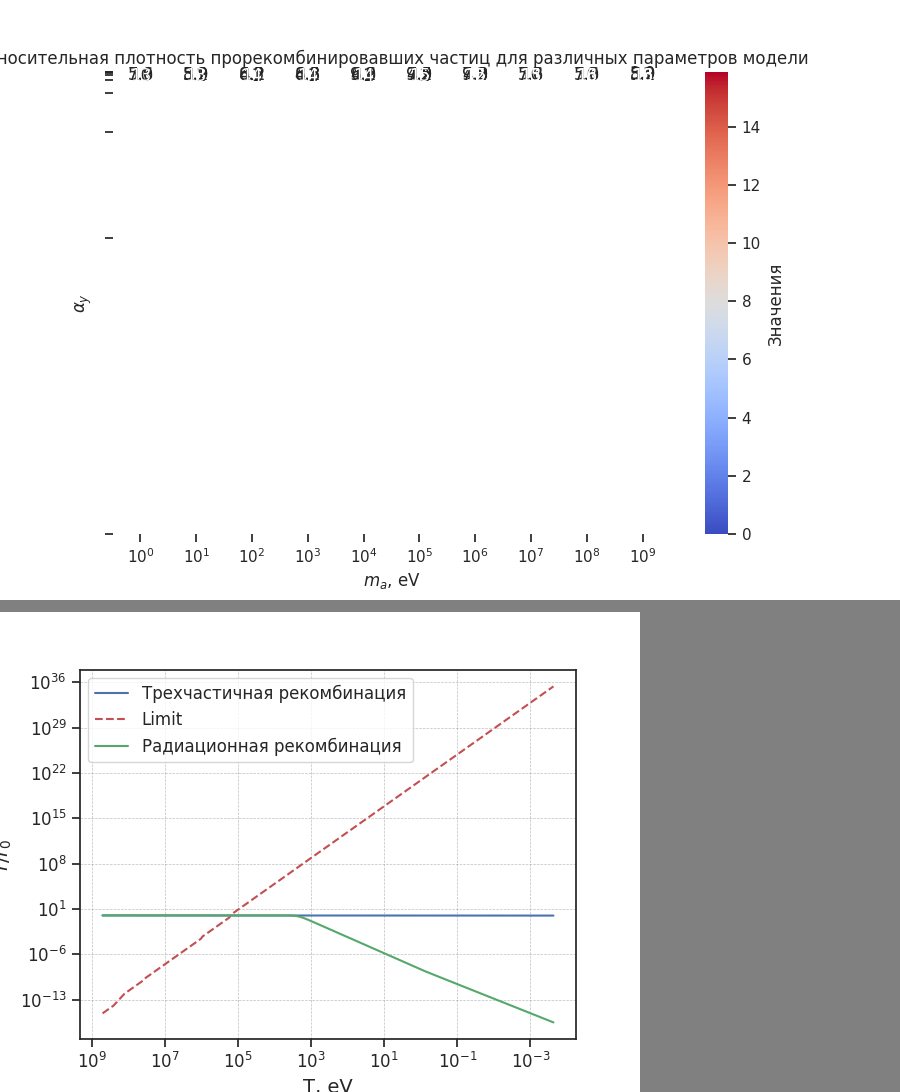
Repository: impermast/recombination
Script's output: python raschet/rec.py
These files come from the project's save history. The script's output is drawn as it stood at one moment and after the next save; the edit follows.
Each picture stacks the figures in order, with grey between them; figures that are only written to a file come last. Random numbers start from a fixed seed.

Above is the script's output before, as saved 2023-05-13 21:35:17.

### raschet/rec.py

from math import gamma as Gamma
import numpy as np
from numpy import sqrt as sqrt
import matplotlib.pyplot as plt
from matplotlib import colors,ticker
from scipy import integrate
import seaborn as sns
import pandas as pd


#LOGIC -- 1 download data, else generate new
logic = 1
err=10**(-2)
#consts
#E ~ eV
ma = 100*10**9 #ev
mb = 1*10**12 #ev
alpha = 1/10 #none

beta = 14/5
sigma = 8*np.pi*(alpha/ma)**2/3
r0 = 4.7*10**(-13) #r T_rec
T0 = 2.35*10**(-4) #our time
m_pl = 1.22*10**(19+9) #plank mass ev
h_md = 3.08*10**(-14)  #from artile
t_rm = 1.2             #time of rd md transition
t_mod = 4.4*10**(17+16)/(6.582) #
I = ma*alpha*alpha/2 #ev Ionisation potential
mu = ma*mb/(ma+mb)  #reduced weight
s0 = (4*np.pi)**(2/5) *np.pi* (alpha/mu)**2 #coef in kramers
kappa = 43/345
B = alpha*mu/2
Ta = 0.2*10**6*(ma/(100*10**9))**(3/2)*(1/(100*alpha))
Tny = Ta*kappa**(-1/3)/sqrt(np.pi)

def g_s(T):
    return 2+2*8*(T>200*10**6)+ 7/8*(2*2*(T>0.5/3*10**6))+ 2*2*(T>100/3*10**6) + 2*2*(T>2/3*10**9) + 2*1*3*(T>=10**6)+2*1*3*4/11*(T<10**6)+ 2*2*3*2*(T>200*10**6) + 2*2*3*(T>200*10**6) + 2*2*3*(T>1.8/3*10**9) + 2*2*3*(T>4.5/3*10**9)+ 7/8*2*2*3*(T>171/3*10**9)
def g_e(T):
    return 2+2*8*(T>200*10**6)+ 7/8*(2*2*(T>0.5/3*10**6))+ 2*2*(T>100/3*10**6) + 2*2*(T>2/3*10**9) + 2*1*3*(T>=10**6)+ 2*1*3*(4/11)**(4/3)*(T<10**6)+ 2*2*3*2*(T>200*10**6) + 2*2*3*(T>200*10**6) + 2*2*3*(T>1.8/3*10**9) + 2*2*3*(T>4.5/3*10**9)+ 7/8*2*2*3*(T>171/3*10**9)


def H(t):
    # Hubble const on RD and MD from temperature
    if t < t_rm:
        #MD
        return h_md/m_pl**(1/2)
    else:
        return 5.5*np.sqrt(g_e(t_rm)/11)/m_pl


def lim_3b(x):
    """
    Function that calculs limit on 3body recombination density

    x(list):    Temperature of O-fotons

    return list of density of unrecombined particles
    """
    r_pit = (Ta**2/(x**4)) / ((4*np.pi*alpha)**3 *r0*(2*np.pi**2*g_s(x)/45)*sqrt(ma/mb))
    return r_pit

def graph(T,r1,r2,rlim):
    # graphplotter used to plot r(T) graphs
    fig, ax = plt.subplots(1,1)
    ax.plot(T,r1,'b',label ="Трехчастичная рекомбинация")
    ax.plot(T,rlim, "--r",label ="Limit")
    ax.plot(T,r2,'g', label ="Радиационная рекомбинация")
    ax.set_xlabel('T, eV', fontsize=14)
    ax.set_ylabel(r'$r/r_0$', fontsize=14, fontweight='bold')
    ax.tick_params(labelsize=12)
    ax.grid(color='gray', linestyle='--', linewidth=0.5, alpha=0.5)
    ax.legend(fontsize=12)
    ax.invert_xaxis()
    plt.semilogx()
    plt.semilogy()
    plt.show()

def heatplot(df):
    # heatplot of maximal denity for different model parameters
    sns.set_theme(style="dark")
    sns.set_style("ticks")
    fig, ax = plt.subplots(figsize=(9, 6))
    sns.heatmap(df, annot=True, linewidths=.5, ax=ax, cmap='coolwarm', cbar_kws={'label': 'Значения'})
    ax.set(xlabel=r'$m_a$, eV', ylabel=r'$\alpha_y$', title='Относительная плотность прорекомбинировавших частиц для различных параметров модели')
    ax.xaxis.set_major_formatter(ticker.FuncFormatter(lambda x, pos: f'$10^{{{(x-0.5):.0f}}}$'))
    plt.xticks(rotation=0)
    plt.yticks(np.logspace(-1,3,10))
    # Add contour lines
    # x = np.arange(df.shape[1])
    # y = np.arange(df.shape[0])
    # X, Y = np.meshgrid(x, y)
    # levels = np.linspace(df.values.min(), df.values.max(), 10)
    # CS = ax.contour(X + 0.5, Y + 0.5, df.values, levels, colors='k')
    # ax.clabel(CS, inline=True, fontsize=10, fmt='%1.1f')
    # plt.show()

def kriteria(alp_range,m_range):
    """
    Creation of dataframe of maximal density of recombined particles from different alpha and ma (model parameters)

    dens(list):  2D massive of density data
    alp_range(list):    1D list of parameters alpha
    m_range(list):      1D list of electron mass parameter
    krit(list):         1D list of density, that used to find point where limit and 3body recombination density are equal

    create csv file of dataframe
    """
    dens = [0]*len(alp_range)
    dens1 = []
    k=0
    for alpha in alp_range:
        for ma in m_range:
            [T,rk,r3,rc,rlim] = calc(alpha,ma,mb)
            krit=[i for i, j in zip(r3, rlim) if abs(i-j)<err and i<0.1]
            try: dens1.append(float(-np.log(krit[-1])))
            except IndexError: dens1.append(0)
        dens[k]=dens1
        dens1=[]
        print("At ",k+1,"  itteration")
        k+=1
    df = pd.DataFrame(dens, index=alp_range,columns=m_range)
    df.to_csv('data.csv')

def calc(alpha,ma,mb):
    """
    Calculates the temperature-dependent rates for various processes.

    Args:
        I (float): Initial temperature of photons.
        T0 (float): Present-day temperature of photons.
        kappa (float): Ratio of photon number density to baryon number density.
        lim_3b (function): Function that calculates the three-body rate limit.
        t_rm (float): Time of radiation-matter equality.
        alpha (float): Fine-structure constant.
        ma (float): Mass of electron.
        mb (float): Mass of baryon.
        beta (float): Power law index.
        g_s (function): Function that calculates the entropy degrees of freedom.
        s0 (float): Present-day entropy density.
        m_pl (float): Planck mass.
        mu (float): Ratio of proton mass to electron mass.

    Returns:
        list: A list containing the temperature-dependent rates for various processes.
    """
    T = [] # Temperature of photons
    z = [] #redshift
    rk = [] # r for kramerz

    #after decouple of dphoton
    i = 0
    T = [(I)]
    z = [T[i]/T0 -1]
    rk = [1] #initial r=1 Kramers case
    r3b = [1] #3body case
    rcl = [1] #classical
    rlim =[lim_3b(T[i])] #pitevski lim

    #until O-photons decouple
    while T[i]>(I/10)*kappa**(-1/3):
        i = i+1
        T = T + [T[i-1]/2]
        rk = rk + [1]
        r3b = r3b+[1]
        rcl = rcl+[1]
        rlim = rlim + [lim_3b(T[i])]
        z.append(T[i]/T0 -1)

    # until RD MD transition
    j = i
    while T[i]>t_rm:
        i=i+1
        T = T + [T[i-1]*0.9]
        z.append(T[i]/T0 -1)
        rk = rk + [(1+4.71*10**8*r0*((np.log(np.sqrt(I*Ta/T[i])))**2-(np.log(np.sqrt(I*Ta/T[j])))**2))**(-1)]
        D = (2*np.pi**2*g_s(T[i])/45)**2 * (4*np.pi*alpha)**5 * (2*np.sqrt(ma)*Ta**(9/2)/mb) / H(T[i])
        r3b = r3b + [(1+ D*2/5*r0*r0*(T[i]**(-5)-I**(-5)))**(-1/2)]

        Dcl = Gamma(2-beta/2)*g_s(T[i])*s0*m_pl*(mu*Ta)**((beta-1)/2)/ ((beta-2)*2**((beta-3)/2)*np.sqrt(45*g_s(T[j])))
        rcl = rcl + [(1+Dcl*r0*(T[i]**(2-beta)-T[j]**(2-beta)))**(-1)]
        rlim = rlim + [lim_3b(T[i])]

    #until now
    j=i
    rk_rm=rk[j]
    r3b_rm = r3b[j]
    while T[i]>T0:
        i=i+1
        T = T + [T[i-1]*0.99]
        z.append(T[i]/T0 -1)
        rk = rk + [rk_rm*(1+1.7*10**9*rk_rm*r0*(T[j]**0.5*(np.log(np.sqrt(I*Ta/T[j]))+2)-T[i]**0.5*(np.log(np.sqrt(I*Ta/T[i]))+2)))**(-1)]
        D = (2*np.pi**2*g_s(T[i])/45)**2 * (4*np.pi*alpha)**5 * (2*np.sqrt(ma)*Ta**(9/2)/mb) / H(T[i])
        r3b = r3b +[r3b_rm*(1+D*r3b_rm*r3b_rm*r0*r0* 4/9 * (T[i]**(-9/2)-T[j]**(-9/2)))**(-1/2)]
        Dcl = Gamma(2-beta/2)*g_s(T[i])*s0*m_pl*(mu*Ta)**((beta-1)/2)/ ((beta-2.5)*2**((beta-3)/2)*np.sqrt(45*g_s(T[j])))/np.sqrt(t_rm)
        rcl = rcl + [rcl[j]*(1+Dcl*rcl[j]*r0*(T[i]**(2.5-beta)-T[j]**(2.5-beta)))**(-1)]
        rlim = rlim + [lim_3b(T[i])]

    return [T,rk,r3b,rcl,rlim]

def main():
    alp_range = np.logspace(-1,3,10)
    m_range = np.logspace(16,21,10)
    if logic == 1:
        try:
            df = pd.read_csv('data.csv')
        except FileNotFoundError:
            print(u'Saved data not found')
            df = kriteria(alp_range,m_range)
    else:
        kriteria(alp_range,m_range)
    df = pd.read_csv('data.csv', index_col=0)
    heatplot(df)
    print(df)

    [T,rk,r3,rcl,rlim] = calc(alpha,ma,mb)
    graph(T,rk,r3,rlim)
main()

After the next save:
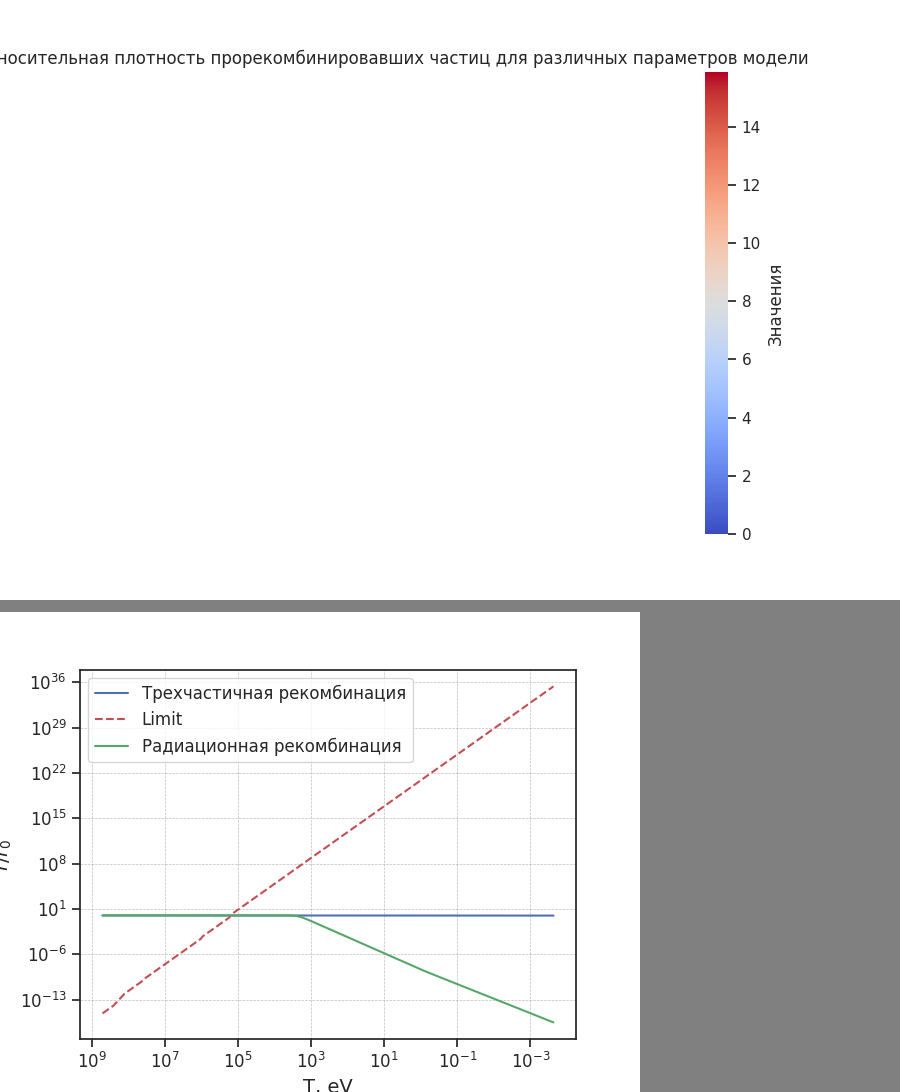
Saved 31 s later.
--- a/raschet/rec.py
+++ b/raschet/rec.py
@@ -85,7 +85,7 @@ def heatplot(df):
     ax.set(xlabel=r'$m_a$, eV', ylabel=r'$\alpha_y$', title='Относительная плотность прорекомбинировавших частиц для различных параметров модели')
     ax.xaxis.set_major_formatter(ticker.FuncFormatter(lambda x, pos: f'$10^{{{(x-0.5):.0f}}}$'))
     plt.xticks(rotation=0)
-    plt.yticks(np.logspace(-1,3,10))
+    plt.yticks(np.logspace(0.1,1000,10))
     # Add contour lines
     # x = np.arange(df.shape[1])
     # y = np.arange(df.shape[0])
